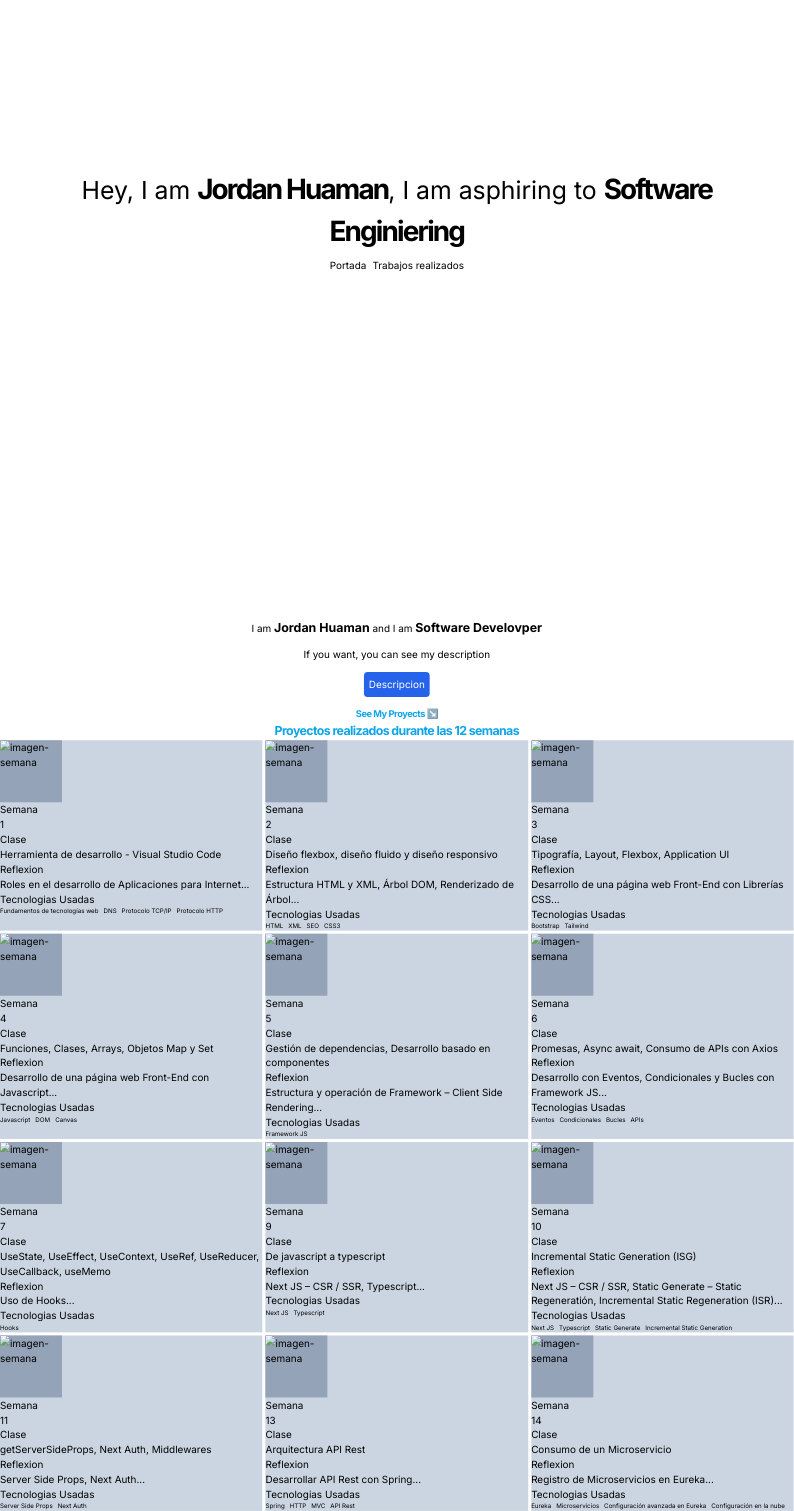
Repository: devsecops-node/portafolio-nextj-pages
Page: /
An editor plug-in stored every save of this project. The page is shown before and after the next save, followed by the edit.
The browser window is 1280 px wide. The pictures show the whole page, at 62% of full size.
The project was rebuilt for these pictures with package versions that can differ from the ones it lists, and the page was loaded fresh each time. The framework's server and built-in components were replaced by stand-ins that run in the browser. Also part of the build but not shown: next.config.js, src/components/Modal.jsx, src/styles/transitionPage.module.css.

Above is the page before, as saved 2024-01-15 04:51:55.

### src/app/page.js
"use client"
import Dashboard from '@/components/Dashboard'
import Transition from '@/components/Transition'
import Image from 'next/image'
import { useEffect, useState } from 'react'

export default function Home() {
  const [showAnimation, setShowAnimation] = useState(true)

  useEffect(() => {
    console.log('Ejecutando')
    setTimeout(() => {
      setShowAnimation(false)
    }, 2000)
  }, [])
  return (
    <main className='h-[100vh]'>
      {showAnimation ? <Transition /> : <Dashboard />}
    </main>
  )
}

### src/components/Dashboard.jsx
import React from 'react'
import stles from "@/styles/dashboard.module.css"
import Portada from './Portada'
import { useRef } from 'react'
import Proyects from './Proyects'

const Dashboard = () => {

  const scrollToPortada = () => {
    const portada = document.getElementById('portada')

    if (portada) {
      console.log('ejecutando id')
      portada.scrollIntoView({ behavior: 'smooth' })
    }
  }

  const scrollToProyects = () => {
    const portada = document.getElementById('proyects')

    if (portada) {
      console.log('ejecutando id')
      portada.scrollIntoView({ behavior: 'smooth' })
    }
  }

  return (
    <section className={stles.home_view}>
      <div className='h-screen flex justify-center items-center flex-col'>
        <div className={stles.home_view_principal}>
          <p className={stles.animar_text} id='detec'> Hey, I am <span className="animacion-bolder">Jordan
            Huaman</span>, I am asphiring to <span className={stles.detect}>Software Enginiering</span>
          </p>
        </div>
        <div className={stles.home_view_links}>
          <a onClick={scrollToPortada} className={stles.animar_abajo}>
            <p>Portada</p>
          </a>
          {/* <a href="" className={stles.animar_abajo}>
            <p>Bienvenida Introduccion</p>
          </a>
          <a href="" className={stles.animar_arriba}>
            <p>Tabla de contenido</p>
          </a><a href="" className={stles.animar_arriba}>
            <p>Informacion sobre mi</p>
          </a> */}
          <a  onClick={scrollToProyects} className={stles.animar_abajo}>
            <p>Trabajos realizados</p>
          </a>

        </div>
        <div>
        </div>
      </div>
      <div id='portada'>
        <Portada scrolProyects={scrollToProyects}/>
      </div>
      <div id='proyects'>
        <Proyects/>
      </div>
    </section>
  )
}

export default Dashboard

### src/components/Transition.jsx
import React from 'react'
import styles from "@/styles/transitionPage.module.css"

const Transition = () => {
  return (
    <div className={styles.home}>
      <main className=''>
        <p className={styles.text_1}>Jh</p>
        <p className={styles.text_2}>Jordan Huaman - Porfolio</p>
      </main>
      <footer>
        <p className={styles.text_3}>Software Engineerin - 2024</p>
      </footer>
    </div>
  )
}

export default Transition

### src/styles/dashboard.module.css
/* ? Home-view part */
.home_view {
  height: 100%;
}

.animar_text {
  animation: apper-2 2s;
  -webkit-animation: apper-2 2s;
}

.home_view_principal {
  width: 90%;
  margin: 0 auto;
}

.home_view_principal p {
  text-align: center;
  font-size: 40px;
}

.home_view_principal p span {
  font-size: 45px;
  letter-spacing: -3px;
  font-weight: bold;
}

.home_view_principal p span:hover .child {
  background-color: red;
}

@keyframes apper-2 {
  0% {
    opacity: 0;
    transform: translateY(-200px);
    -webkit-transform: translateY(-200px);
    -moz-transform: translateY(-200px);
    -ms-transform: translateY(-200px);
    -o-transform: translateY(-200px);
  }

  50% {
    opacity: 1;
    transform: translateY(-20px);
    -webkit-transform: translateY(-20px);
    -moz-transform: translateY(-20px);
    -ms-transform: translateY(-20px);
    -o-transform: translateY(-20px);
  }

  100% {
    opacity: 1;
    transform: translateY(0px);
    -webkit-transform: translateY(0px);
    -moz-transform: translateY(0px);
    -ms-transform: translateY(0px);
    -o-transform: translateY(0px);
  }
}

.home_view_links {
  display: flex;
  padding: 10px;
  justify-content: space-between;
  gap: 10px;
}

/* Line aniamtion */
.line-animation {
  display: inline;
  cursor: pointer;
  position: relative;
  /* padding: 5px; */
}

.line-animation::after {
  /* margin-top: 10px; */
  content: "";
  position: absolute;
  width: 100%;
  height: 3px;
  top: auto;
  bottom: 14px;
  left: -4px;
  transform: scaleX(0);
  box-shadow: 0 5px 0 black;
  transform-origin: bottom right;
  transition: transform 0.5s ease-out;
}

.line-animation:hover:after {
  transform: scaleX(1);
  transform-origin: bottom left;
}

.animacion-bolder {
  animation: animar-bold 2s linear alternate slidein;
  -webkit-animation: animar-bold 2s linear alternate slidein;
}

.animar_arriba{
  animation: apper-arriba 2s;
  -webkit-animation: apper-arriba 2s;
}
.animar_abajo{
  cursor: pointer;
  animation: apper-abajo 2s;
  -webkit-animation: apper-abajo 2s;

}

@keyframes apper-arriba {
  0% {
    opacity: 0;
    transform: translateY(200px);
    -webkit-transform: translateY(200px);
    -moz-transform: translateY(200px);
    -ms-transform: translateY(200px);
    -o-transform: translateY(200px);
}

  50% {
    opacity: 1;
    transform: translateY(-20px);
    -webkit-transform: translateY(-20px);
    -moz-transform: translateY(-20px);
    -ms-transform: translateY(-20px);
    -o-transform: translateY(-20px);
  }

  100% {
    opacity: 1;
    transform: translateY(0px);
    -webkit-transform: translateY(0px);
    -moz-transform: translateY(0px);
    -ms-transform: translateY(0px);
    -o-transform: translateY(0px);
  }
}
@keyframes apper-abajo {
  0% {
    opacity: 0;
    transform: translateY(-200px);
    -webkit-transform: translateY(-200px);
    -moz-transform: translateY(-200px);
    -ms-transform: translateY(-200px);
    -o-transform: translateY(-200px);
}

  50% {
    opacity: 1;
    transform: translateY(-20px);
    -webkit-transform: translateY(-20px);
    -moz-transform: translateY(-20px);
    -ms-transform: translateY(-20px);
    -o-transform: translateY(-20px);
  }

  100% {
    opacity: 1;
    transform: translateY(0px);
    -webkit-transform: translateY(0px);
    -moz-transform: translateY(0px);
    -ms-transform: translateY(0px);
    -o-transform: translateY(0px);
  }
}

@keyframes animar-bold {
  0% {
    opacity: 0;
  }

  100% {
    opacity: 1;
  }
}

### src/components/Portada.jsx
import React, { useState } from 'react'
import Modal from './Modal'

const Portada = ({ scrolProyects }) => {
  const [modal, setModal] = useState(false)
  const showModal = () => {
    setModal(true)
  }
  const closeModal = () => {
    setModal(false)
  }

  const srolPro = () => {
    scrolProyects()
  }

  return (
    <div className='h-screen flex justify-center items-center relative'>
      <section className='flex justify-center flex-col items-center gap-4'>
        <p>I am <span className='text-[20px] font-bold'>Jordan Huaman</span> and I am <span className='text-[20px] font-bold'>Software Develovper</span></p>
        <p>If you want, you can see my description</p>
        <button onClick={showModal} className='bg-blue-600 p-2 rounded-md text-white hover:scale-105 duration-150 ease-in-out'>Descripcion</button>
        {modal ? <Modal setModal={closeModal}  /> : <></>}
        <p className='text-sky-500 font-bold tracking-tighter text-[15px] transition-all duration-150 hover:scale-105 ease-in-out cursor-pointer' onClick={srolPro}>See My Proyects <span>↘️</span></p>
      </section>
    </div>
  )
}

export default Portada

### src/components/Proyects.jsx
import React from 'react'
import Card from './Card';
import styles from '@/styles/proyectos.module.css'

const Proyects = () => {
  const planDeEstudios = [
    {
      semana: 1,
      tecnologias_usadas: [
        "Fundamentos de tecnologías web",
        "DNS",
        "Protocolo TCP/IP",
        "Protocolo HTTP"
      ],
      reflexion: "Roles en el desarrollo de Aplicaciones para Internet",
      proyecto: "Desarrollo de una aplicación web",
      resumen_de_clase: "Herramienta de desarrollo - Visual Studio Code"
    },
    {
      semana: 2,
      tecnologias_usadas: ["HTML", "XML", "SEO", "CSS3"],
      reflexion: "Estructura HTML y XML, Árbol DOM, Renderizado de Árbol",
      proyecto: "Diseño de una página web",
      resumen_de_clase: "Diseño flexbox, diseño fluido y diseño responsivo"
    },
    {
      semana: 3,
      tecnologias_usadas: ["Bootstrap", "Tailwind"],
      reflexion: "Desarrollo de una página web Front-End con Librerías CSS",
      proyecto: "Práctica Calificada 01: Desarrollo de un sitio web con framework",
      resumen_de_clase: "Tipografía, Layout, Flexbox, Application UI"
    },
    {
      semana: 4,
      tecnologias_usadas: ["Javascript", "DOM", "Canvas"],
      reflexion: "Desarrollo de una página web Front-End con Javascript",
      proyecto: "Trabajo 01: Manejar el DOM con Javascript y Canvas",
      resumen_de_clase: "Funciones, Clases, Arrays, Objetos Map y Set"
    },
    {
      semana: 5,
      tecnologias_usadas: ["Framework JS"],
      reflexion: "Estructura y operación de Framework – Client Side Rendering",
      proyecto: "Laboratorio 05A: Pasar datos con props y children y mostrar en un componente hijo",
      resumen_de_clase: "Gestión de dependencias, Desarrollo basado en componentes"
    },
    {
      semana: 6,
      tecnologias_usadas: ["Eventos", "Condicionales", "Bucles", "APIs"],
      reflexion: "Desarrollo con Eventos, Condicionales y Bucles con Framework JS",
      proyecto: "Laboratorio 06A: Eventos y Renderizado Condicional e iterativo con datos de una API",
      resumen_de_clase: "Promesas, Async await, Consumo de APIs con Axios"
    },
    {
      semana: 7,
      tecnologias_usadas: ["Hooks"],
      reflexion: "Uso de Hooks",
      proyecto: "Laboratorio 09: Uso de hooks",
      resumen_de_clase: "UseState, UseEffect, UseContext, UseRef, UseReducer, UseCallback, useMemo"
    },
    {
      semana: 9,
      tecnologias_usadas: ["Next JS", "Typescript"],
      reflexion: "Next JS – CSR / SSR, Typescript",
      proyecto: "Laboratorio 10: Caso práctico consumo de API",
      resumen_de_clase: "De javascript a typescript"
    },
    {
      semana: 10,
      tecnologias_usadas: ["Next JS", "Typescript", "Static Generate", "Incremental Static Generation"],
      reflexion: "Next JS – CSR / SSR, Static Generate – Static Regeneratión, Incremental Static Regeneration (ISR)",
      proyecto: "Laboratorio 10: Caso práctico consumo de API",
      resumen_de_clase: "Incremental Static Generation (ISG)"
    },
    {
      semana: 11,
      tecnologias_usadas: ["Server Side Props", "Next Auth"],
      reflexion: "Server Side Props, Next Auth",
      proyecto: "Laboratorio 11: Subsistema de autenticación con Next JS",
      resumen_de_clase: "getServerSideProps, Next Auth, Middlewares"
    },
    {
      semana: 13,
      tecnologias_usadas: ["Spring", "HTTP", "MVC", "API Rest"],
      reflexion: "Desarrollar API Rest con Spring",
      proyecto: "Laboratorio 13: Desarrollo de una API Rest y Despliegue.",
      resumen_de_clase: "Arquitectura API Rest"
    },
    {
      semana: 14,
      tecnologias_usadas: ["Eureka", "Microservicios", "Configuración avanzada en Eureka", "Configuración en la nube"],
      reflexion: "Registro de Microservicios en Eureka",
      proyecto: "Resumen del registro de microservicio",
      resumen_de_clase: "Consumo de un Microservicio"
    }
  ];

  return (
    <div className='h-screen flex justify-center items-center flex-col'>
      <p className='text-sky-500 font-bold text-[20px]  tracking-tighter'>Proyectos realizados durante las 12 semanas</p>
      <div className={styles.proyectos}>
        {planDeEstudios.map(proyec => <Card key={proyec.semana} proyect={proyec} />)}
      </div>
    </div>
  )
}

export default Proyects

### src/components/Card.jsx
import React from 'react'

const Card = ({ proyect }) => {
  return (
    <section className='bg-slate-300'>
      <img src="" alt="imagen-semana" width={100} height={100} className='bg-slate-400' />
      <div>
        <p>Semana</p>
        <p className=''>{proyect.semana}</p>
      </div>
      <div>
        <p>Clase</p>
        <p className=''>{proyect.resumen_de_clase}</p>
      </div>
      <div>
        <p>Reflexion</p>
        <p className=''>{proyect.reflexion}...</p>
      </div>
      <div>
        <p>Tecnologias Usadas</p>
        <div className='flex gap-2'>
          {proyect.tecnologias_usadas.map(tec => <p className='text-[10px]'>{tec}</p>)}
        </div>
      </div>
    </section>
  )
}

export default Card

### src/styles/proyectos.module.css
.proyectos{
  display: grid;
  grid-template-columns: repeat(3,1fr);
  gap: 5px;
}

Loaded but not shown: src/app/layout.js (common file); src/app/globals.css (common file); tailwind.config.js (common file)

After the next save:
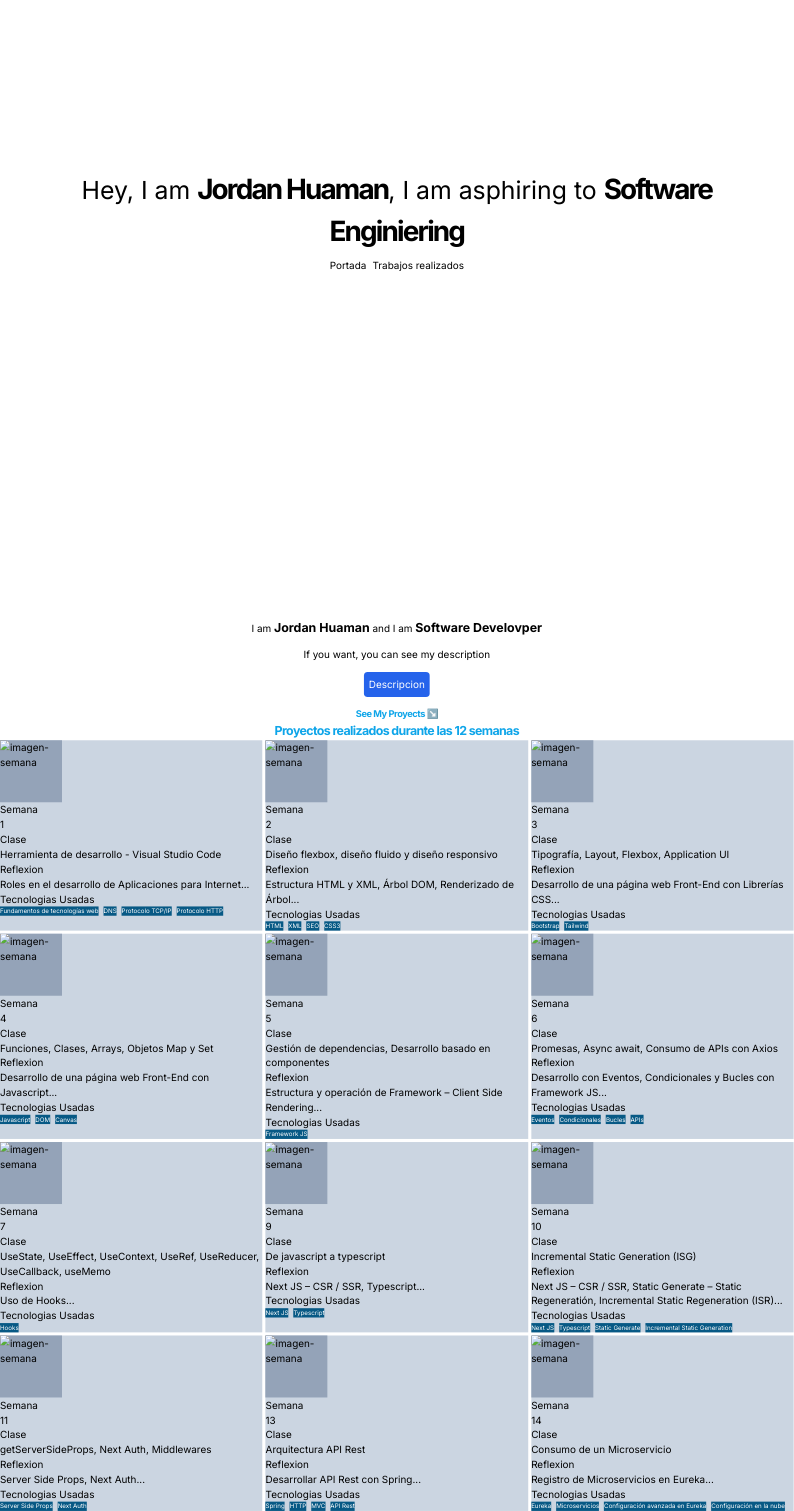
Saved 20 s later.
--- a/src/components/Card.jsx
+++ b/src/components/Card.jsx
@@ -19,7 +19,7 @@ const Card = ({ proyect }) => {
       <div>
         <p>Tecnologias Usadas</p>
         <div className='flex gap-2'>
-          {proyect.tecnologias_usadas.map(tec => <p className='text-[10px]'>{tec}</p>)}
+          {proyect.tecnologias_usadas.map(tec => <p className='text-[10px] bg-sky-800 text-white'>{tec}</p>)}
         </div>
       </div>
     </section>
